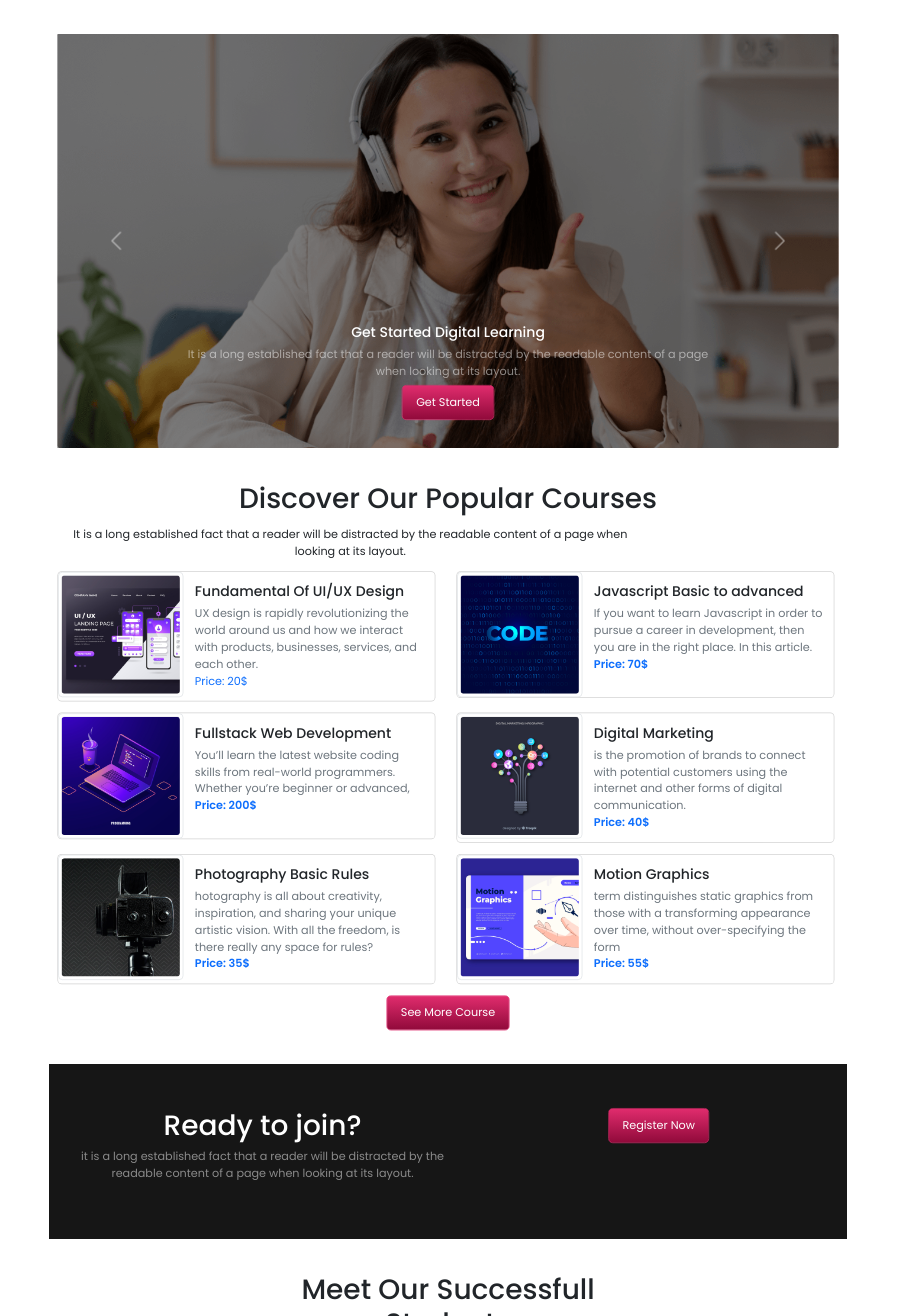
Repository: mdrubel02/Guru-Developer
Page: index.html
An editor plug-in stored every save of this project. The page is shown before and after the next save, followed by the edit.
The browser window is 1280 px wide. The page is 1292 px wide, so the pictures cover 1292 px, including what lies to the right of the window. The pictures show the part of the page from y = 0 to 1880 px (the page is 3392 px tall), at 70% of full size.
Some web libraries are served in a nearby version.

Above is the page before, as saved 2022-07-28 13:47:09.

After the next save:
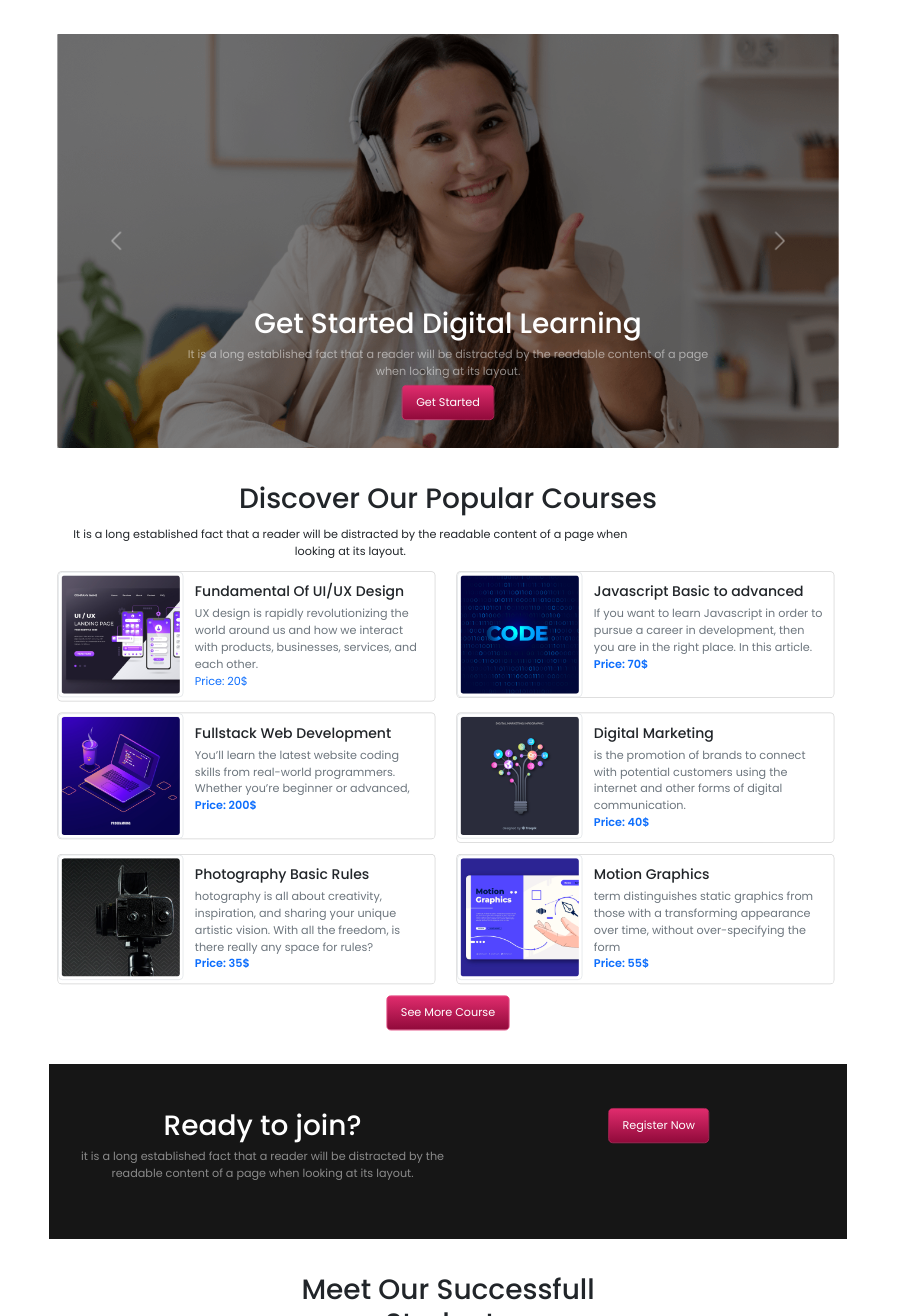
Saved 59 s later.
--- a/index.html
+++ b/index.html
@@ -34,7 +34,7 @@
                 <div class="carousel-item active slider-items" data-bs-interval="10000">
                     <img src="./images/cover/cover-1.png" class="d-block w-100" alt="...">
                     <div class="carousel-caption ">
-                        <h5>Get Started Digital Learning</h5>
+                        <h5 class="fs-1 text-white">Get Started Digital Learning</h5>
                         <p class="text-white-50 py-2">It is a long established fact that a reader will be distracted by the readable content of a page when looking at its layout.</p>
                         <a class="button" href="">Get Started</a>
                     </div>
